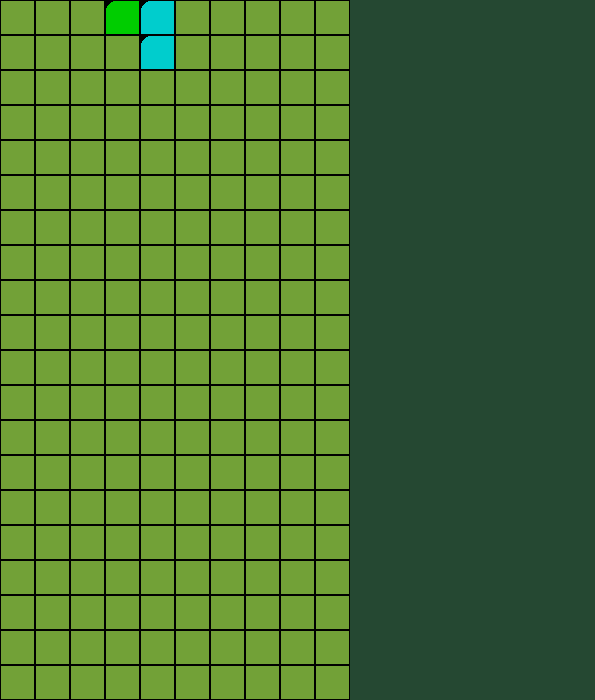
Repository: lucacdev/Tetris
Script's output: python assets/main.py
An editor plug-in stored every save of this project. The script's output is shown before and after the next save, followed by the edit.
The window is shown after at most 60 frames with no key pressed. Random numbers start from a fixed seed.

Above is the script's output before, as saved 2024-03-02 14:15:15.

### assets/main.py
from settings import *
from tetris import Tetris
import sys
import pathlib

class App:
    def __init__(self):
        pg.init()
        pg.display.set_caption('Tetris')
        self.screen = pg.display.set_mode(WIN_RES)
        self.clock = pg.time.Clock()
        self.set_timer()
        # self.images = self.load_images()
        self.tetris = Tetris(self)

    """ def load_images(self):
        files = [item for item in pathlib.Path(SPRITE_DIR_PATH).rglob('*.png') if item.is_file()]
        images = [pg.image.load(file).convert_alpha() for file in files]
        images = [pg.transform.scale(image, (TILE_SIZE, TILE_SIZE)) for image in images]
        return images """

    def set_timer(self):
        self.user_event = pg.USEREVENT
        self.fast_user_event = pg.USEREVENT + 1
        self.anim_trigger = False
        self.fast_anim_trigger = False
        pg.time.set_timer(self.user_event, ANIM_TIME_INTERVAL)
        pg.time.set_timer(self.fast_user_event, FAST_ANIM_TIME_INTERVAL)

    def update(self):
        self.tetris.update()
        self.clock.tick(FPS)

    def draw(self):
        self.screen.fill(color=BG_COLOUR)
        self.screen.fill(color=FIELD_COLOUR, rect=(0, 0, *FIELD_RES))
        self.tetris.draw()
        pg.display.flip()

    def check_events(self):
        self.anim_trigger = False
        self.fast_anim_trigger = False
        for event in pg.event.get():
            if event.type == pg.QUIT or (event.type == pg.KEYDOWN and event.key == pg.K_ESCAPE):
                pg.quit()
                sys.exit()
            elif event.type == pg.KEYDOWN:
                self.tetris.control(pressed_key=event.key)
            elif event.type == self.user_event:
                self.anim_trigger = True
            elif event.type == self.fast_user_event:
                self.fast_anim_trigger = True

    def run(self):
        while True:
            self.check_events()
            self.update()
            self.draw()

if __name__ == '__main__':
    app = App()
    app.run()

### assets/settings.py
import pygame as pg

vec = pg.math.Vector2

FPS = 60
FIELD_COLOUR = (114, 161, 55)
BG_COLOUR = (37, 72, 50)

# SPRITE_DIR_PATH = 'assets/sprites'

ANIM_TIME_INTERVAL = 150 # ms
FAST_ANIM_TIME_INTERVAL = 15 # ms

TILE_SIZE = 35
FIELD_SIZE = FIELD_W, FIELD_H = 10, 20
FIELD_RES = FIELD_W * TILE_SIZE, FIELD_H * TILE_SIZE

FIELD_SCALE_W, FIELD_SCALE_H = 1.7, 1.0
WIN_RES = WIN_W, WIN_H = FIELD_RES[0] * FIELD_SCALE_W, FIELD_RES[1] * FIELD_SCALE_H

INIT_POS_OFFSET = vec(FIELD_W // 2 - 1, 0)
NEXT_POS_OFFSET = vec(FIELD_W * 1.3, FIELD_H * 0.45)
MOVE_DIRECTIONS = {'left': vec(-1, 0), 'right': vec(1, 0), 'down': vec(0, 1)}

TETROMINOES = {
    'O' : [(0, 0), (0, -1), (1, 0), (1, -1)],
    'I' : [(0, 0), (0, 1), (0, -1), (0, -2)],
    'S' : [(0, 0), (-1, 0), (0, -1), (1, -1)],
    'Z' : [(0, 0), (1, 0), (0, -1), (-1, -1)],
    'L' : [(0, 0), (1, 0), (0, -1), (0, -2)],
    'J' : [(0, 0), (-1, 0), (0, -1), (0, -2)],
    'T' : [(0, 0), (-1, 0), (1, 0), (0, -1)]
}

TETROMINOES_COLOURS = {
    'O' : (205, 205, 0),
    'I' : (0, 205, 205),
    'S' : (0, 205, 0),
    'Z' : (205, 0, 0),
    'L' : (205, 102, 0),
    'J' : (0, 0, 205),
    'T' : (154, 0, 205)
}

### assets/tetris.py
from settings import *
import math
from tetromino import Tetromino

class Tetris:
    def __init__(self, app):
        self.app = app
        self.sprite_group = pg.sprite.Group()
        self.field_array = self.get_field_array()
        self.tetromino = Tetromino(self)
        self.next_tetromino = Tetromino(self, current=False)
        self.speed_up = False

    def check_full_lines(self):
        row = FIELD_H - 1
        for y in range(FIELD_H - 1, -1, -1):
            for x in range(FIELD_W):
                self.field_array[row][x] = self.field_array[y][x]

                if self.field_array[y][x]:
                    self.field_array[row][x].pos = vec(x, y)

            if sum(map(bool, self.field_array[y])) < FIELD_W:
                row -= 1
            else:
                for x in range(FIELD_W):
                    self.field_array[row][x].alive = False
                    self.field_array[row][x] = 0

    def put_blocks_in_array(self):
        for block in self.tetromino.blocks:
            x, y = int(block.pos.x), int(block.pos.y)
            self.field_array[y][x] = block

    def get_field_array(self):
        return [[0 for x in range(FIELD_W)] for y in range(FIELD_H)]

    def check_landing(self):
        if self.tetromino.landing:
            self.speed_up = False
            self.put_blocks_in_array()
            self.tetromino = Tetromino(self)

    def control(self, pressed_key):
        if pressed_key == pg.K_LEFT:
            self.tetromino.move(direction='left')
        elif pressed_key == pg.K_RIGHT:
            self.tetromino.move(direction='right')
        elif pressed_key == pg.K_UP:
            self.tetromino.rotate()
        elif pressed_key == pg.K_DOWN:
            self.speed_up = True

    def draw_grid(self):
        for x in range (FIELD_W):
            for y in range (FIELD_H):
                pg.draw.rect(self.app.screen, 'black',
                             (x * TILE_SIZE, y * TILE_SIZE, TILE_SIZE, TILE_SIZE), 1)

    def update(self):
        trigger = [self.app.anim_trigger, self.app.fast_anim_trigger][self.speed_up]
        if trigger:
            self.check_full_lines()
            self.tetromino.update()
            self.check_landing()
        self.sprite_group.update()

    def draw(self):
        self.draw_grid()
        self.sprite_group.draw(self.app.screen)

### assets/tetromino.py
from settings import *
import random
from threading import Timer

class Block(pg.sprite.Sprite):
    def __init__(self, tetromino, pos):
        self.tetromino = tetromino
        self.pos = vec(pos) + INIT_POS_OFFSET
        self.next_pos = vec(pos) + NEXT_POS_OFFSET
        self.alive = True

        super().__init__(tetromino.tetris.sprite_group)
        # self.image = tetromino.image
        self.image = pg.Surface([TILE_SIZE, TILE_SIZE])
        pg.draw.rect(self.image, tetromino.image, (1, 1, TILE_SIZE - 2, TILE_SIZE - 2), border_top_left_radius = 10)
        self.rect = self.image.get_rect()

    def is_alive(self):
        if not self.alive:
            self.kill()

    def rotate(self, pivot_pos):
        translated = self.pos - pivot_pos
        rotated = translated.rotate(90)
        return rotated + pivot_pos

    def set_rect_pos(self):
        pos = [self.next_pos, self.pos][self.tetromino.current]
        self.rect.topleft = self.pos * TILE_SIZE

    def update(self):
        self.is_alive()
        self.set_rect_pos()

    def is_collide(self, pos):
        x, y = int(pos.x), int(pos.y)
        if 0 <= x < FIELD_W and y < FIELD_H and (y < 0 or not self.tetromino.tetris.field_array[y][x]):
            return False
        return True

class Tetromino:
    def __init__(self, tetris, current=True):
        self.tetris = tetris
        self.shape = random.choice(list(TETROMINOES.keys()))
        # self.image = random.choice(tetris.app.images)
        self.image = TETROMINOES_COLOURS[self.shape]
        self.blocks = [Block(self, pos) for pos in TETROMINOES[self.shape]]
        self.landing = False
        self.current = current

    def rotate(self):
        pivot_pos = self.blocks[0].pos
        new_block_positions = [block.rotate(pivot_pos) for block in self.blocks]

        if not self.is_collide(new_block_positions):
            for i, block in enumerate(self.blocks):
                block.pos = new_block_positions[i]

    def is_collide(self, block_positions):
        return any(map(Block.is_collide, self.blocks, block_positions))

    def move(self, direction):
        move_direction = MOVE_DIRECTIONS[direction]
        new_block_positions = [block.pos + move_direction for block in self.blocks]
        is_collide = self.is_collide(new_block_positions)

        if not is_collide:
            for block in self.blocks:
                block.pos += move_direction
        elif direction == 'down':
            self.landing = True

    def update(self):
        self.move(direction='down')

After the next save:
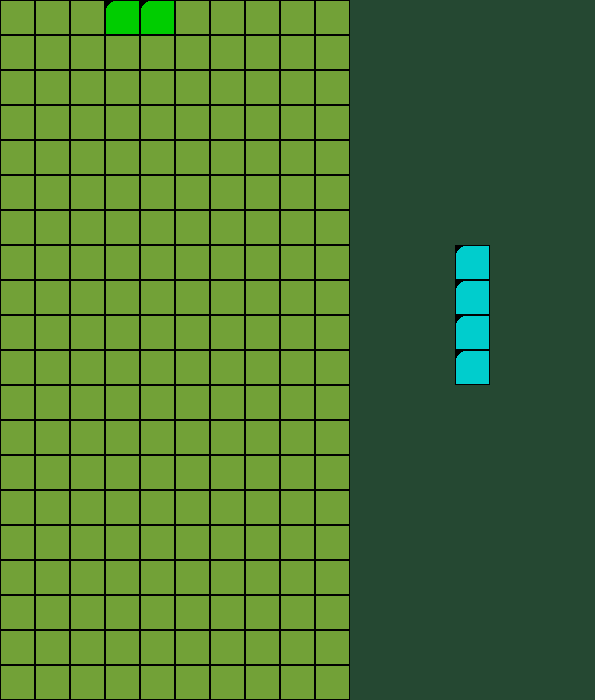
Saved 77 s later.
--- a/assets/tetromino.py
+++ b/assets/tetromino.py
@@ -26,7 +26,7 @@
 
     def set_rect_pos(self):
         pos = [self.next_pos, self.pos][self.tetromino.current]
-        self.rect.topleft = self.pos * TILE_SIZE
+        self.rect.topleft = pos * TILE_SIZE
 
     def update(self):
         self.is_alive()
